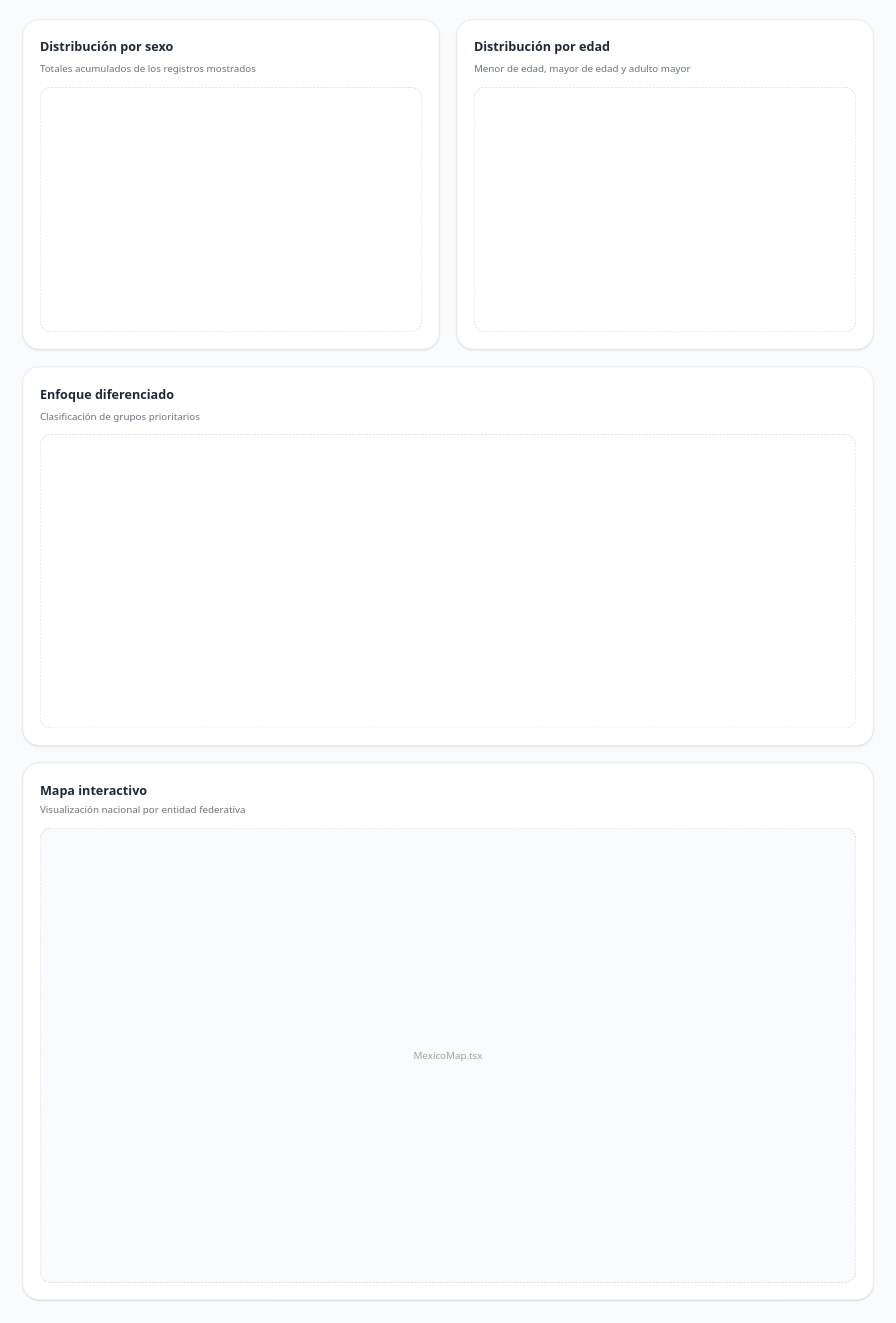
Repository: jesus890/semaforo-cinepolis
Page: /
An editor plug-in stored every save of this project. The page is shown before and after the next save, followed by the edit.
The browser window is 1280 px wide. The pictures show the part of the page from y = 1028 to 2948 px (the page is 2918 px tall before and 2948 px after), at 70% of full size.
An inner scrolling area shows only its first screen. The project was rebuilt for these pictures with package versions that can differ from the ones it lists, and the page was loaded fresh each time. Also part of the build but not shown: vite.config.ts, src/components/Dashboard/navigation/BackButton.tsx.

Above is the page before, as saved 2026-06-01 20:13:12.

### index.html
<!doctype html>
<html lang="en">
  <head>
    <meta charset="UTF-8" />
    <link rel="icon" type="image/svg+xml" href="/favicon.svg" />
    <meta name="viewport" content="width=device-width, initial-scale=1.0" />
    <title>Estadistica Alertamiento | RNPNDO</title>
  </head>
  <body>
    <div id="root"></div>
    <script type="module" src="/src/main.tsx"></script>
  </body>
</html>

### src/App.tsx
import EstadisticasPage from "./pages/EstadisticaPage"

function App() {

  return (
    <>
      <EstadisticasPage />
    </>
  )
}

export default App

### src/pages/EstadisticaPage.tsx
import Dashboard from "../components/Dashboard/Dashboard";


export default function EstadisticasPage() {
    return <Dashboard />;
}

### src/components/Dashboard/Dashboard.tsx
"use client";

import HeatmapTable from "./heatmap/HeatmapTable";
import HeatmapLegend from "./heatmap/HeatmapLegend";

import BackButton from "./navigation/BackButton";

import { useDashboard } from "../../hooks/useDashboard";
import SexoChart from "./charts/SexoChart";
import EdadChart from "./charts/EdadChart";
import EnfoqueChart from "./charts/EnfoqueChart";

export default function Dashboard() {

    const {
        level,
        tableData,
        selectedState,
        enterState,
        backToStates,
    } = useDashboard();

    return (

        <div className="min-h-screen bg-slate-50">

            <div className="mx-auto max-w-[1800px] p-6 lg:p-8">

                {/* HEADER */}

                <div className="mb-8">

                    <h1 className="text-4xl font-bold text-[#611232]">

                        Panel Estadístico
                    </h1>

                    <p className="mt-2 text-gray-500">

                        Visualización geoespacial y temporal de registros

                    </p>

                </div>

                {/* BREADCRUMB */}

                <div className="mb-6 flex flex-wrap items-center gap-3">

                    <span className="rounded-xl bg-[#611232]/10 px-4 py-2 text-sm font-medium text-[#611232]">

                        Estados

                    </span>

                    {
                        level === "municipio" &&
                        (
                            <>
                                <span className="text-gray-400">

                                    /

                                </span>

                                <span className="rounded-xl bg-emerald-100 px-4 py-2 text-sm font-medium text-emerald-700">

                                    {selectedState?.name}

                                </span>
                            </>
                        )
                    }

                </div>

                {/* BACK BUTTON */}

                {
                    level === "municipio" &&
                    (
                        <div className="mb-6">

                            <BackButton
                                onClick={
                                    backToStates
                                }
                            />

                        </div>
                    )
                }

                {/* MATRIZ */}

                <div className="rounded-3xl border border-gray-200 bg-white p-6 shadow-sm">

                    <div className="mb-6 flex flex-col gap-4 lg:flex-row lg:items-center lg:justify-between">

                        <div>

                            <h2 className="text-xl font-bold text-gray-800">

                                {
                                    level === "estado"
                                        ? "Matriz de incidencia por estado"
                                        : `Matriz de incidencia por municipio`
                                }

                            </h2>

                            <p className="mt-1 text-sm text-gray-500">

                                {
                                    level === "estado"
                                        ? "Distribución temporal por entidad federativa"
                                        : `Distribución temporal para ${selectedState?.name}`
                                }

                            </p>

                        </div>

                        <HeatmapLegend />

                    </div>

                    <HeatmapTable
                        rows={tableData}
                        level={level}
                        onRowClick={
                            enterState
                        }
                    />

                </div>

                {/* CHARTS */}

                <div className="mt-8 grid grid-cols-1 gap-6 xl:grid-cols-2">

                    {/* SEXO */}

                    <div className="rounded-3xl border border-gray-200 bg-white p-6 shadow-sm">

                        <h3 className="mb-2 text-lg font-bold text-gray-800">

                            Distribución por sexo

                        </h3>

                        <p className="mb-4 text-sm text-gray-500">

                            Totales acumulados de los registros mostrados

                        </p>

                        <div className="flex h-[350px] items-center justify-center rounded-2xl border border-dashed border-gray-300">

                            <SexoChart />

                        </div>

                    </div>

                    {/* EDAD */}

                    <div className="rounded-3xl border border-gray-200 bg-white p-6 shadow-sm">

                        <h3 className="mb-2 text-lg font-bold text-gray-800">

                            Distribución por edad

                        </h3>

                        <p className="mb-4 text-sm text-gray-500">

                            Menor de edad, mayor de edad y adulto mayor

                        </p>

                        <div className="flex h-[350px] items-center justify-center rounded-2xl border border-dashed border-gray-300">

                            <EdadChart />

                        </div>

                    </div>

                </div>

                {/* ENFOQUE */}

                <div className="mt-6 rounded-3xl border border-gray-200 bg-white p-6 shadow-sm">

                    <h3 className="mb-2 text-lg font-bold text-gray-800">

                        Enfoque diferenciado

                    </h3>

                    <p className="mb-4 text-sm text-gray-500">

                        Clasificación de grupos prioritarios

                    </p>

                    <div className="flex h-[420px] items-center justify-center rounded-2xl border border-dashed border-gray-300">

                        <EnfoqueChart />

                    </div>

                </div>

                {/* MAPA */}

                <div className="mt-6 rounded-3xl border border-gray-200 bg-white p-6 shadow-sm">

                    <div className="mb-4">

                        <h3 className="text-lg font-bold text-gray-800">

                            Mapa interactivo

                        </h3>

                        <p className="mt-1 text-sm text-gray-500">

                            {
                                level === "estado"
                                    ? "Visualización nacional por entidad federativa"
                                    : `Zoom territorial para ${selectedState?.name}`
                            }

                        </p>

                    </div>

                    <div className="flex h-[650px] items-center justify-center rounded-2xl border border-dashed border-gray-300 bg-slate-50">

                        <span className="text-sm text-gray-400">

                            MexicoMap.tsx

                        </span>

                    </div>

                </div>

            </div>

        </div>
    );
}

### src/components/Dashboard/heatmap/HeatmapLegend.tsx
export default function HeatmapLegend() {

    const levels = [
        "#F3F4F6",
        "#D1FAE5",
        "#6EE7B7",
        "#00AFAA",
        "#611232",
    ];

    return (
        <div className="flex items-center gap-3">

            <span className="text-xs text-gray-500">
                Menor intensidad
            </span>

            <div className="flex items-center gap-1">

                {levels.map((color) => (

                    <div
                        key={color}
                        className="h-4 w-4 rounded"
                        style={{
                            backgroundColor: color,
                        }}
                    />
                ))}

            </div>

            <span className="text-xs text-gray-500">
                Mayor intensidad
            </span>

        </div>
    );
}

### src/hooks/useDashboard.ts
import { useMemo, useState } from "react";

import type { DashboardLevel, HeatmapRow } from "../types/dashboard.types";

import {estadosMock,municipiosMock} from "../data/mockData";

export function useDashboard() {

    const [
        level,
        setLevel,
    ] = useState<DashboardLevel>(
        "estado"
    );

    const [
        selectedState,
        setSelectedState,
    ] = useState<HeatmapRow | null>(
        null
    );

    const tableData = useMemo(() => {

        if (
            level === "estado"
        ) {
            return estadosMock;
        }

        const municipioInfo =
            municipiosMock.find(
                item =>
                    item.estadoId ===
                    selectedState?.id
            );

        return (
            municipioInfo?.municipios ||
            []
        );

    }, [
        level,
        selectedState,
    ]);

    const enterState = (
        state: HeatmapRow
    ) => {

        setSelectedState(state);

        setLevel(
            "municipio"
        );
    };

    const backToStates =
        () => {

            setLevel(
                "estado"
            );

            setSelectedState(
                null
            );
        };

    return {

        level,

        tableData,

        selectedState,

        enterState,

        backToStates,
    };
}

### src/components/Dashboard/charts/SexoChart.tsx
import ReactECharts from "echarts-for-react";
import { Colors } from "../../../constants/colors";

export default function SexoChart() {
    const option = {
        tooltip: {
            trigger: "item",
        },

        legend: {
            bottom: 0,
        },

        series: [
            {
                type: "pie",
                radius: ["45%", "75%"],

                data: [
                    {
                        value: 850,
                        name: "Hombre",
                        itemStyle: {
                            color: Colors.rojito,
                        },
                    },
                    {
                        value: 620,
                        name: "Mujer",
                        itemStyle: {
                            color: Colors.verdecito,
                        },
                    },
                    {
                        value: 120,
                        name: "Sin dato",
                        itemStyle: {
                            color: Colors.oro,
                        },
                    },
                ],
            },
        ],
    };

    return (
        <ReactECharts
            option={option}
            style={{ height: "400px" }}
        />
    );
}

### src/components/Dashboard/charts/EdadChart.tsx
import ReactECharts from "echarts-for-react";
import { Colors } from "../../../constants/colors";

export default function EdadChart() {
  const option = {
    tooltip: {
      trigger: "axis",
    },

    xAxis: {
      type: "category",
      data: [
        "Menor de edad",
        "Mayor de edad",
        "Adulto mayor",
      ],
    },

    yAxis: {
      type: "value",
    },

    series: [
      {
        type: "bar",
        barWidth: 70,

        data: [
          {
            value: 250,
            itemStyle: {
              color: Colors.verdecito,
            },
          },
          {
            value: 1100,
            itemStyle: {
              color: Colors.rojito,
            },
          },
          {
            value: 140,
            itemStyle: {
              color: Colors.oro,
            },
          },
        ],
      },
    ],
  };

  return (
    <ReactECharts
      option={option}
      style={{ height: "400px" }}
    />
  );
}

### src/components/Dashboard/charts/EnfoqueChart.tsx
import ReactECharts from "echarts-for-react";
import { Colors } from "../../../constants/colors";

export default function EnfoqueChart() {
  const option = {
    tooltip: {
      trigger: "axis",
    },

    grid: {
      left: 120,
      right: 30,
      top: 20,
      bottom: 20,
    },

    xAxis: {
      type: "value",
    },

    yAxis: {
      type: "category",
      data: [
        "Indígena",
        "Migrante",
        "LGBTIQ+",
        "Discapacidad",
        "Afrodescendiente",
      ],
    },

    series: [
      {
        type: "bar",

        data: [
          {
            value: 180,
            itemStyle: {
              color: Colors.rojito,
            },
          },
          {
            value: 90,
            itemStyle: {
              color: Colors.verdecito,
            },
          },
          {
            value: 40,
            itemStyle: {
              color: Colors.oro,
            },
          },
          {
            value: 65,
            itemStyle: {
              color: Colors.grisote,
            },
          },
          {
            value: 28,
            itemStyle: {
              color: "#8D8D8D",
            },
          },
        ],
      },
    ],
  };

  return (
    <ReactECharts
      option={option}
      style={{ height: "450px" }}
    />
  );
}

### src/data/mockData.ts
import type { HeatmapRow, MunicipioData } from "../types/dashboard.types";

const estados = [
    "Aguascalientes",
    "Baja California",
    "Baja California Sur",
    "Campeche",
    "Chiapas",
    "Chihuahua",
    "Ciudad de México",
    "Coahuila",
    "Colima",
    "Durango",
    "Guanajuato",
    "Guerrero",
    "Hidalgo",
    "Jalisco",
    "México",
    "Michoacán",
    "Morelos",
    "Nayarit",
    "Nuevo León",
    "Oaxaca",
    "Puebla",
    "Querétaro",
    "Quintana Roo",
    "San Luis Potosí",
    "Sinaloa",
    "Sonora",
    "Tabasco",
    "Tamaulipas",
    "Tlaxcala",
    "Veracruz",
    "Yucatán",
    "Zacatecas",
];

export const DAYS = Array.from(
    { length: 30 },
    (_, index) => `${index + 1}`
);

function random(min: number, max: number) {
    return Math.floor(
        Math.random() * (max - min + 1)
    ) + min;
}

export const estadosMock: HeatmapRow[] =
    estados.map((estado, index) => ({
        id: `${index + 1}`,
        name: estado,
        values: DAYS.map((day) => ({
            day,
            total: random(0, 50),
        })),
    }));

function generateMunicipios(
    estadoId: string,
    estadoNombre: string
): MunicipioData {

    const municipios: HeatmapRow[] =
        Array.from(
            { length: 15 },
            (_, index) => ({
                id: `${estadoId}-${index + 1}`,

                name: `${estadoNombre} Municipio ${index + 1}`,

                values: DAYS.map((day) => ({
                    day,
                    total: random(0, 30),
                })),
            })
        );

    return {
        estadoId,
        municipios,
    };
}

export const municipiosMock: MunicipioData[] =
    estadosMock.map((estado) =>
        generateMunicipios(
            estado.id,
            estado.name
        )
    );

### src/constants/colors.ts
export const Colors = {
    rojito: "#611232",
    verdecito: "#00AFAA",
    oro: "#BC955B",
    grisito: "#E8E8E8",
    grisote: "#D2D3D3",
    text: "#5A5A5A",
};

Loaded but not shown: src/main.tsx (common file); src/index.css (common file); src/components/Dashboard/heatmap/HeatmapTable.tsx (247 lines, source omitted)

After the next save:
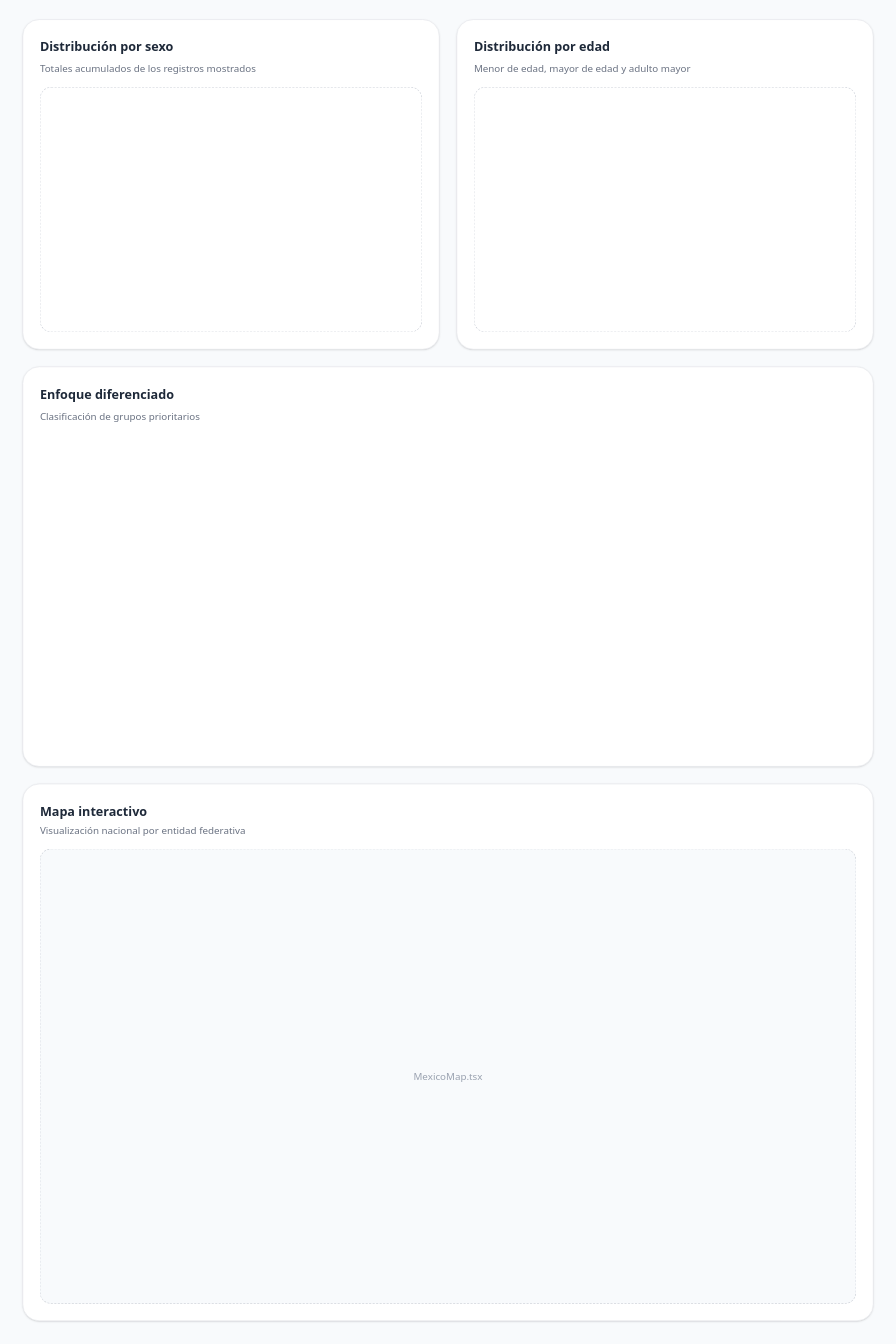
Saved 69 s later.
--- a/src/components/Dashboard/Dashboard.tsx
+++ b/src/components/Dashboard/Dashboard.tsx
@@ -205,7 +205,7 @@ export default function Dashboard() {
 
                     </p>
 
-                    <div className="flex h-[420px] items-center justify-center rounded-2xl border border-dashed border-gray-300">
+                    <div className="flex items-center">
 
                         <EnfoqueChart />
 
